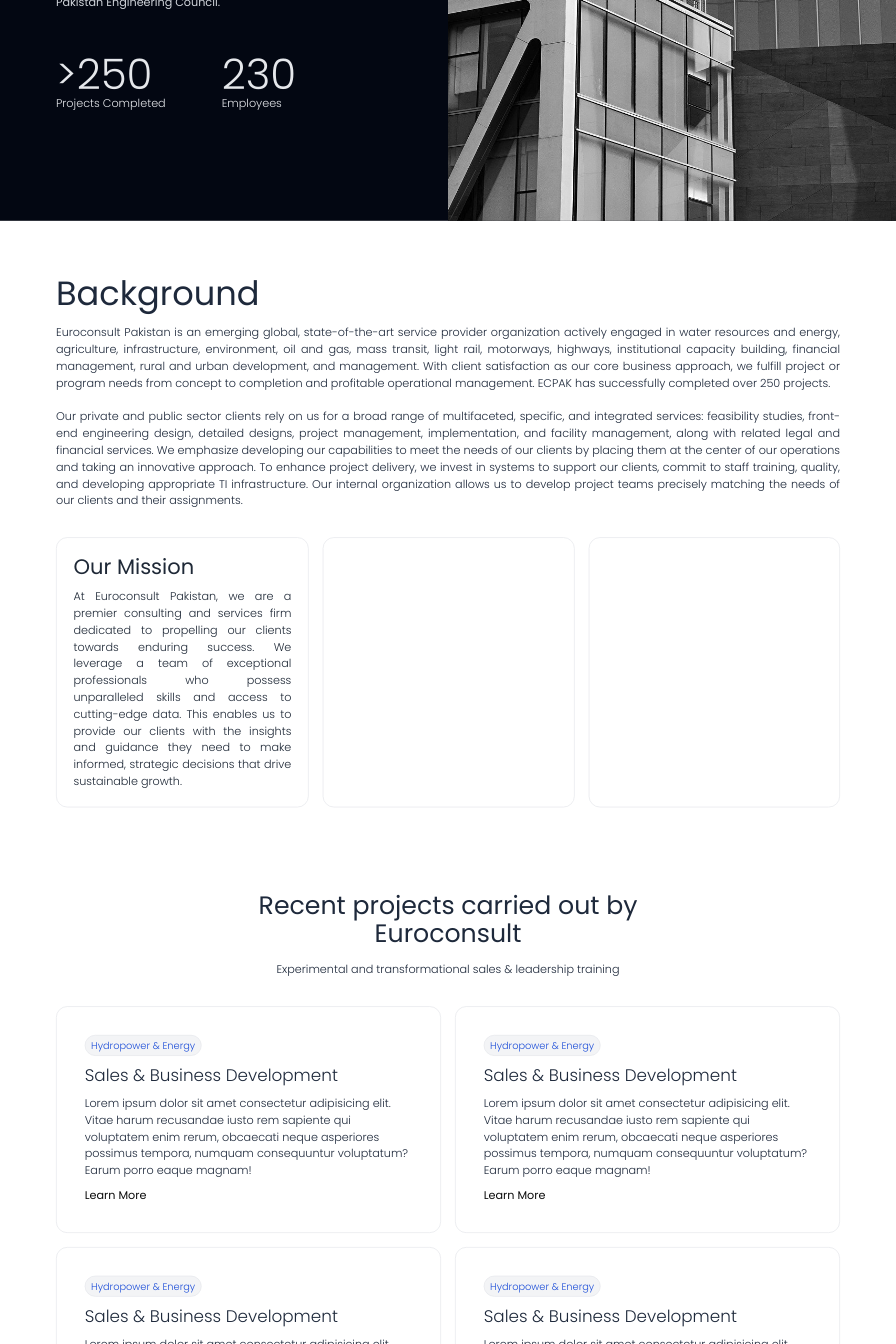
Repository: EMDC-24/ecglobalwebsite19
Page: /about
These files come from the project's save history. The page is drawn as it stood at one moment and after the next save; the edit follows.
The browser window is 1280 px wide. The pictures show the part of the page from y = 348 to 2268 px (the page is 3350 px tall), at 70% of full size.
The project was rebuilt for these pictures with package versions that can differ from the ones it lists, and the page was loaded fresh each time. The framework's server and built-in components were replaced by stand-ins that run in the browser. Also part of the build but not shown: next.config.mjs.

Above is the page before, as saved 2024-09-17 22:56:12.

After the next save:
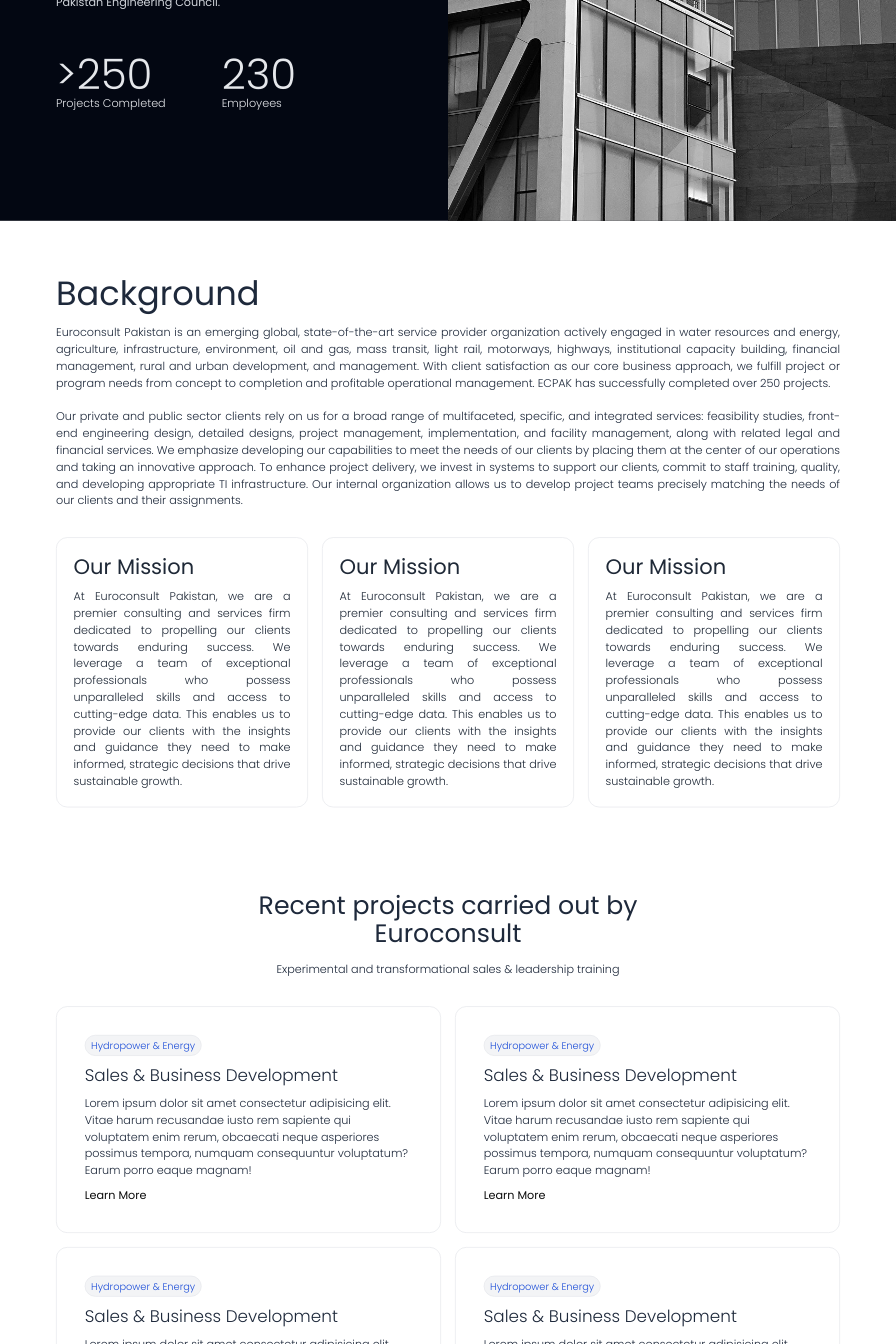
Saved 16 s later.
--- a/app/about/page.tsx
+++ b/app/about/page.tsx
@@ -36,8 +36,14 @@
         <h5 className=" text-3xl text-gray-800">Our Mission</h5>
         <p className="text-gray-800 font-light text-justify">At Euroconsult Pakistan, we are a premier consulting and services firm dedicated to propelling our clients towards enduring success. We leverage a team of exceptional professionals who possess unparalleled skills and access to cutting-edge data. This enables us to provide our clients with the insights and guidance they need to make informed, strategic decisions that drive sustainable growth.</p>
         </div>
-        <div className="w-1/3 border-[1px] border-gray-200 rounded-2xl"></div>
-        <div className="w-1/3 border-[1px] border-gray-200 rounded-2xl"></div>
+        <div className="w-1/3 border-[1px] border-gray-200 rounded-2xl p-6 flex gap-3 flex-col">
+        <h5 className=" text-3xl text-gray-800">Our Mission</h5>
+        <p className="text-gray-800 font-light text-justify">At Euroconsult Pakistan, we are a premier consulting and services firm dedicated to propelling our clients towards enduring success. We leverage a team of exceptional professionals who possess unparalleled skills and access to cutting-edge data. This enables us to provide our clients with the insights and guidance they need to make informed, strategic decisions that drive sustainable growth.</p>
+        </div>
+        <div className="w-1/3 border-[1px] border-gray-200 rounded-2xl p-6 flex gap-3 flex-col">
+        <h5 className=" text-3xl text-gray-800">Our Mission</h5>
+        <p className="text-gray-800 font-light text-justify">At Euroconsult Pakistan, we are a premier consulting and services firm dedicated to propelling our clients towards enduring success. We leverage a team of exceptional professionals who possess unparalleled skills and access to cutting-edge data. This enables us to provide our clients with the insights and guidance they need to make informed, strategic decisions that drive sustainable growth.</p>
+        </div>
         </div>
         </div>
 
